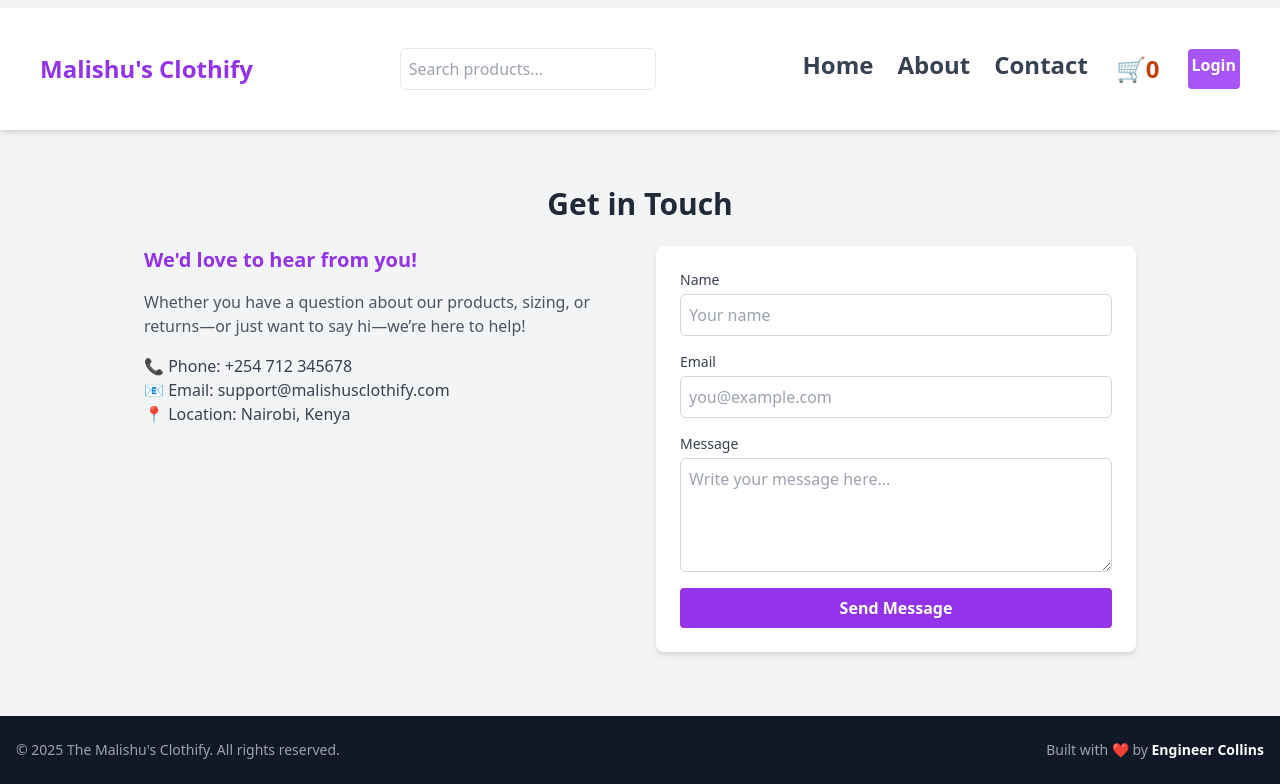
Repository: Engineer-collo/Modern-Ecommerce-Application
Page: /contact
The author's editor kept a copy of each file at every save. The page is drawn from the files as they stood at one save, then again after the next save.
The browser window is 1280 px wide. The pictures show the whole page.
The project was rebuilt for these pictures with package versions that can differ from the ones it lists, and the page was loaded fresh each time. Also part of the build but not shown: vite.config.js, src/components/SignupForm.jsx, src/components/LoginForm.jsx, src/components/ProductCard.jsx, src/components/ProductFeed.jsx, src/components/About.jsx, src/components/Cart.jsx.

Above is the page before, as saved 2025-05-23 16:03:54.

### index.html
<!DOCTYPE html>
<html lang="en">
<head>
  <meta charset="UTF-8">
  <meta name="viewport" content="width=device-width, initial-scale=1.0">
  <title>Ecommerce</title>
</head>
<body class="bg-gray-100">
  <div id="root"></div>
  <script type="module" src="/src/main.jsx"></script>
</body>
</html>

### src/main.jsx
import React from 'react'
import ReactDOM from 'react-dom/client'
import './index.css'
import App from './App'

ReactDOM.createRoot(document.getElementById('root')).render(
  <React.StrictMode>
    <App />
  </React.StrictMode>,
)

### src/App.jsx
import { BrowserRouter as Router, Routes, Route } from 'react-router-dom';
import { useEffect, useState } from 'react';
import Footer from './components/Footer';
import Navbar from './components/Navbar';
import SignupForm from './components/SignupForm';
import LoginForm from './components/LoginForm';
import ProductFeed from './components/ProductFeed';
import Contact from './components/Contact';
import About from './components/About';
import Cart from './components/Cart';

import {
  showSuccessToast,
  ToastContainerWrapper,
} from './components/Toast';

function App() {
  const [cart, setCart] = useState([]);
  const [cartLoaded, setCartLoaded] = useState(false);

  // Load cart from localStorage
  useEffect(() => {
    const storedCart = localStorage.getItem("cart");
    if (storedCart) {
      try {
        setCart(JSON.parse(storedCart));
      } catch (error) {
        console.error("Failed to parse cart from localStorage:", error);
      }
    }
    setCartLoaded(true);
  }, []);

  // Save cart to localStorage when updated
  useEffect(() => {
    if (cartLoaded) {
      localStorage.setItem("cart", JSON.stringify(cart));
    }
  }, [cart, cartLoaded]);

  const addToCart = (product) => {
    setCart(prevCart => {
      const existing = prevCart.find(item => item.id === product.id);
      if (existing) {
        return prevCart.map(item =>
          item.id === product.id
            ? { ...item, quantity: item.quantity + 1 }
            : item
        );
      } else {
        return [...prevCart, { ...product, quantity: 1 }];
      }
    });
    showSuccessToast("Added to cart!");
  };

  const removeFromCart = (product) => {
    setCart(prevCart =>
      prevCart
        .map(item =>
          item.id === product.id
            ? { ...item, quantity: item.quantity - 1 }
            : item
        )
        .filter(item => item.quantity > 0)
    );
    showSuccessToast("Removed from cart!");
  };

  return (
    <Router>
      <Navbar cart={cart} />
      <Routes>
        <Route
          path="/"
          element={
            <ProductFeed
              addToCart={addToCart}
              showSuccessToast={showSuccessToast}
              cart={cart}
            />
          }
        />
        <Route
          path="/cart"
          element={
            <Cart
              cart={cart}
              removeFromCart={removeFromCart}
            />
          }
        />
        <Route path="/login" element={<LoginForm />} />
        <Route path="/signup" element={<SignupForm />} />
        <Route path="/about" element={<About />} />
        <Route path="/contact" element={<Contact showSuccessToast={showSuccessToast} />} />
      </Routes>
      <ToastContainerWrapper />
      <Footer />
    </Router>
  );
}

export default App;

### src/components/Footer.jsx
const Footer = () => {
    return(
        <>
        <footer className="bg-gray-900 text-white py-6 mt-12">
  <div className="max-w-7xl mx-auto px-4 flex flex-col md:flex-row justify-between items-center space-y-4 md:space-y-0">
    <p className="text-sm text-gray-400">
      &copy; {new Date().getFullYear()} The Malishu's Clothify.  All rights reserved.
    </p>
    <p className="text-sm text-gray-400">
      Built with ❤️ by <span className="text-white font-semibold">Engineer Collins</span>
    </p>


  </div>
</footer>

        </>
    )
}

export default Footer

### src/components/Navbar.jsx
import React, { useState } from "react";
import { Link } from "react-router-dom";

const Navbar = ({ cart = [], searchTerm, setSearchTerm }) => {
  const [isOpen, setIsOpen] = useState(false);

  const toggleMenu = () => setIsOpen(!isOpen);

  return (
    <header className="mt-2 bg-white  shadow-md">
      <div className="max-w-7xl mx-auto px-10 py-10 flex flex-col md:flex-row md:justify-between md:items-center">
        <div className="flex justify-between items-center">
          <h1 className="text-2xl font-bold text-gray-800">
            <Link
              to="/"
              className="hover:text-blue-500 text-gray-700 transition"
            >
              <span className="text-purple-600">Malishu's Clothify</span>
            </Link>
          </h1>

          <div className="md:hidden">
            <button
              onClick={toggleMenu}
              className="text-gray-700 focus:outline-none"
            >
              <svg
                className="h-6 w-6"
                fill="none"
                stroke="currentColor"
                strokeWidth="2"
                viewBox="0 0 24 24"
              >
                <path
                  strokeLinecap="round"
                  strokeLinejoin="round"
                  d={
                    isOpen
                      ? "M6 18L18 6M6 6l12 12"
                      : "M4 6h16M4 12h16M4 18h16"
                  }
                />
              </svg>
            </button>
          </div>
        </div>

        {/* Search Input */}
        <div className="my-2 md:my-0 w-full md:w-auto">
          <input
            type="text"
            placeholder="Search products..."
            value={searchTerm}
            onChange={(e) => setSearchTerm(e.target.value)}
            className="w-full md:w-64 p-2 border rounded-md"
          />
        </div>

        {/* Desktop nav */}
        <nav className="space-x-6 hidden md:flex">
          <Link
            to="/"
            className="text-2xl hover:text-blue-500 font-bold text-gray-700 transition"
          >
            Home
          </Link>
          <Link
            to="/about"
            className="text-2xl  text-2x hover:text-blue-500 font-bold text-gray-700 transition"
          >
            About
          </Link>
          <Link
            to="/contact"
            className=" text-2xl hover:text-blue-500 font-bold text-gray-700 transition"
          >
            Contact
          </Link>
          <Link
            to="/cart"
            className=" text-2xl rounded p-1 font-bold text-orange-700 transition"
          >
            🛒{cart.length}
          </Link>
          <Link
            to="/login"
            className="rounded p-1 bg-purple-500 font-bold text-white transition"
          >
            Login
          </Link>
        </nav>
      </div>

      {/* Mobile nav */}
      {isOpen && (
        <nav className="md:hidden px-4 pb-4 space-y-2">
          {isOpen && (
              <nav className="md:hidden px-4 py-4 flex flex-col space-y-4 bg-white shadow-inner">
              <Link
                to="/"
                className="text-2xl font-bold text-gray-700 hover:text-blue-500 transition"
              >
                Home
              </Link>
              <Link
                to="/about"
                className="text-2xl font-bold text-gray-700 hover:text-blue-500 transition"
              >
                About
              </Link>
              <Link
                to="/contact"
                className="text-2xl font-bold text-gray-700 hover:text-blue-500 transition"
              >
                Contact
              </Link>
              <Link
                to="/cart"
                className="text-2xl font-bold text-orange-700 hover:text-orange-500 transition"
              >
                🛒 {cart.length}
              </Link>
              <Link
                to="/login"
                className="text-center text-2xl font-bold bg-purple-500 text-white px-3 py-2 rounded transition"
              >
                Login
              </Link>
            </nav>

)}

        </nav>
      )}
    </header>
  );
};

export default Navbar;

### src/components/Contact.jsx
import React, { useState } from 'react';

const Contact = ({showSuccessToast}) => {
  const [form, setForm] = useState({ name: '', email: '', message: '' });

  const handleChange = (e) => {
    setForm({ ...form, [e.target.name]: e.target.value });
  };

  const handleSubmit = (e) => {
    e.preventDefault();
    // You can integrate with EmailJS, Formspree, etc.
    showSuccessToast("Message sent Successfully.")
    setForm({ name: '', email: '', message: '' });
  };

  return (
    <>
    <div className="max-w-5xl mx-auto p-4 mt-10">
      <h2 className="text-3xl font-bold text-center mb-6 text-gray-800">Get in Touch</h2>

      <div className="grid grid-cols-1 md:grid-cols-2 gap-8">
        {/* Left Info Section */}
        <div className="space-y-4">
          <h3 className="text-xl font-semibold text-purple-600">We'd love to hear from you!</h3>
          <p className="text-gray-600">
            Whether you have a question about our products, sizing, or returns—or just want to say hi—we’re here to help!
          </p>
          <div>
            <p className="text-gray-700 font-medium">📞 Phone: <span className="font-normal">+254 712 345678</span></p>
            <p className="text-gray-700 font-medium">📧 Email: <span className="font-normal">support@malishusclothify.com</span></p>
            <p className="text-gray-700 font-medium">📍 Location: <span className="font-normal">Nairobi, Kenya</span></p>
          </div>
        </div>

        {/* Right Form Section */}
        <form onSubmit={handleSubmit} className="space-y-4 bg-white shadow-md rounded-lg p-6">
          <div>
            <label className="block text-sm font-medium text-gray-700">Name</label>
            <input
              type="text"
              name="name"
              value={form.name}
              onChange={handleChange}
              required
              className="mt-1 block w-full p-2 border border-gray-300 rounded-md focus:ring-purple-500 focus:border-purple-500"
              placeholder="Your name"
            />
          </div>

          <div>
            <label className="block text-sm font-medium text-gray-700">Email</label>
            <input
              type="email"
              name="email"
              value={form.email}
              onChange={handleChange}
              required
              className="mt-1 block w-full p-2 border border-gray-300 rounded-md focus:ring-purple-500 focus:border-purple-500"
              placeholder="you@example.com"
            />
          </div>

          <div>
            <label className="block text-sm font-medium text-gray-700">Message</label>
            <textarea
              name="message"
              value={form.message}
              onChange={handleChange}
              required
              rows="4"
              className="mt-1 block w-full p-2 border border-gray-300 rounded-md focus:ring-purple-500 focus:border-purple-500"
              placeholder="Write your message here..."
            />
          </div>

          <button
            type="submit"
            className="w-full bg-purple-600 hover:bg-purple-700 text-white font-semibold py-2 px-4 rounded"
          >
            Send Message
          </button>
        </form>
      </div>
    </div>
    </>
  );
};

export default Contact;

### src/components/Toast.jsx
// src/components/Toast.js
import { toast, ToastContainer } from 'react-toastify';
import 'react-toastify/dist/ReactToastify.css';

// Toast functions
export const showSuccessToast = (message) =>
  toast.success(message, {
    className: 'bg-green-100 text-green-800 border border-green-300 rounded p-4',
    bodyClassName: 'text-sm',
    progressClassName: 'bg-green-500',
  });

export const showErrorToast = (message) =>
  toast.error(message, {
    className: 'bg-red-100 text-red-800 border border-red-300 rounded p-4',
    bodyClassName: 'text-sm',
    progressClassName: 'bg-red-500',
  });

export const showInfoToast = (message) =>
  toast.info(message, {
    className: 'bg-blue-100 text-blue-800 border border-blue-300 rounded p-4',
    bodyClassName: 'text-sm',
    progressClassName: 'bg-blue-500',
  });

export const showWarningToast = (message) =>
  toast.warn(message, {
    className: 'bg-yellow-100 text-yellow-800 border border-yellow-300 rounded p-4',
    bodyClassName: 'text-sm',
    progressClassName: 'bg-yellow-500',
  });

// Toast container
export const ToastContainerWrapper = () => (
  <ToastContainer position="top-center" autoClose={2000} />
);

Loaded but not shown: src/index.css (common file); tailwind.config.js (common file)

After the next save:
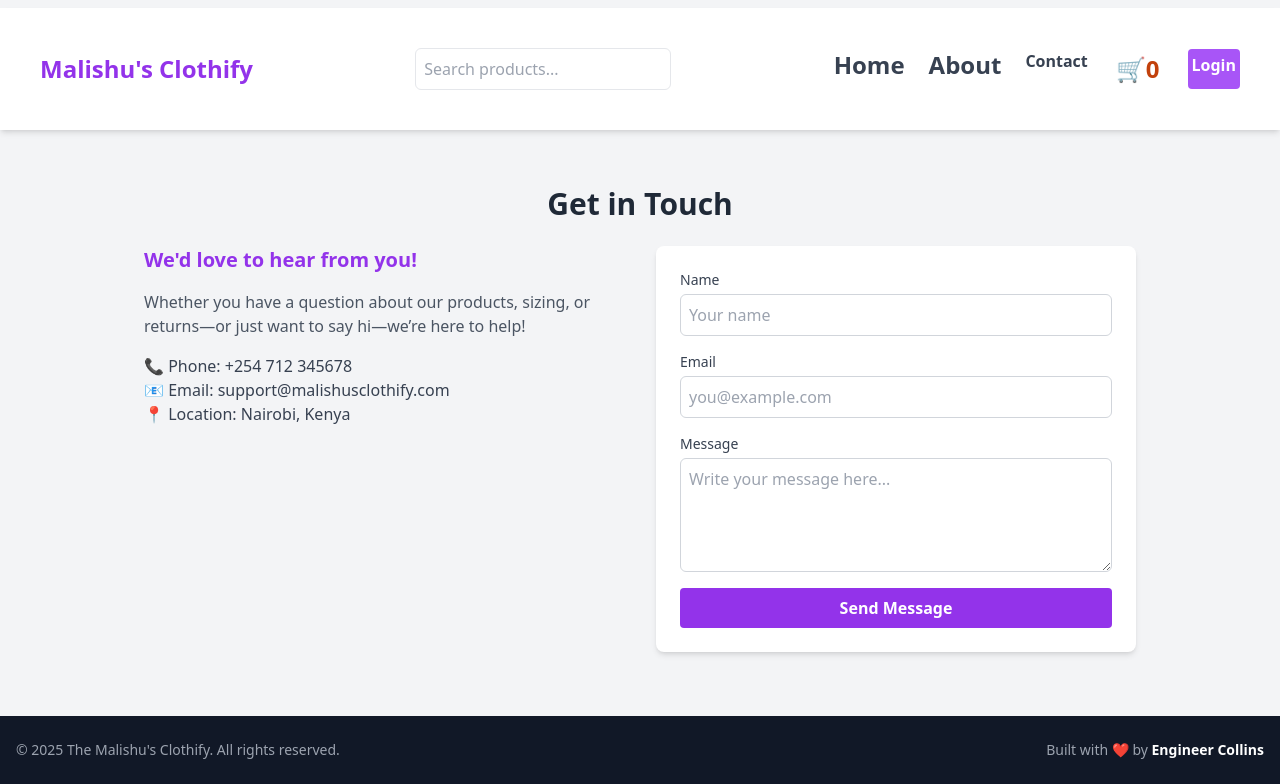
Saved 7 s later.
--- a/src/components/Navbar.jsx
+++ b/src/components/Navbar.jsx
@@ -72,7 +72,7 @@
           </Link>
           <Link
             to="/contact"
-            className=" text-2xl hover:text-blue-500 font-bold text-gray-700 transition"
+            className="  hover:text-blue-500 font-bold text-gray-700 transition"
           >
             Contact
           </Link>

After the save that followed:
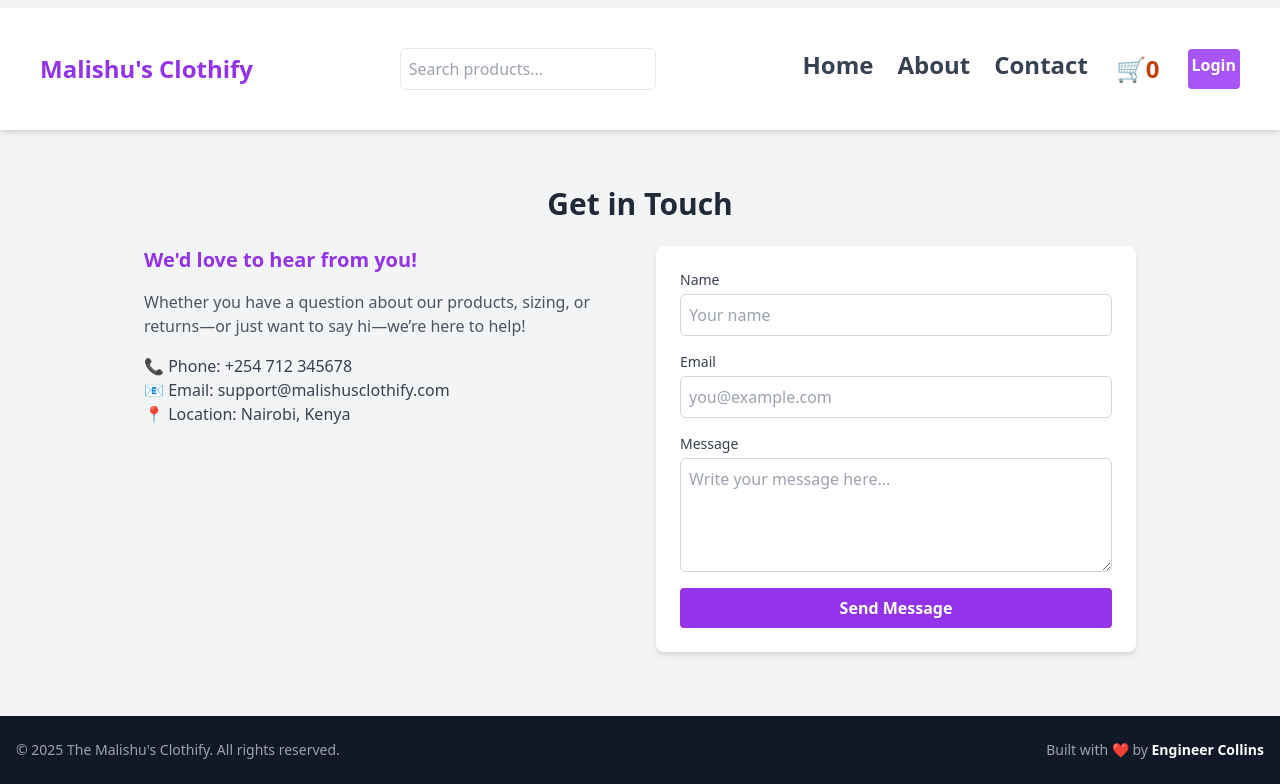
Saved 11 s later.
--- a/src/components/Navbar.jsx
+++ b/src/components/Navbar.jsx
@@ -72,7 +72,7 @@
           </Link>
           <Link
             to="/contact"
-            className="  hover:text-blue-500 font-bold text-gray-700 transition"
+            className=" text-2xl hover:text-blue-500 font-bold text-gray-700 transition"
           >
             Contact
           </Link>
